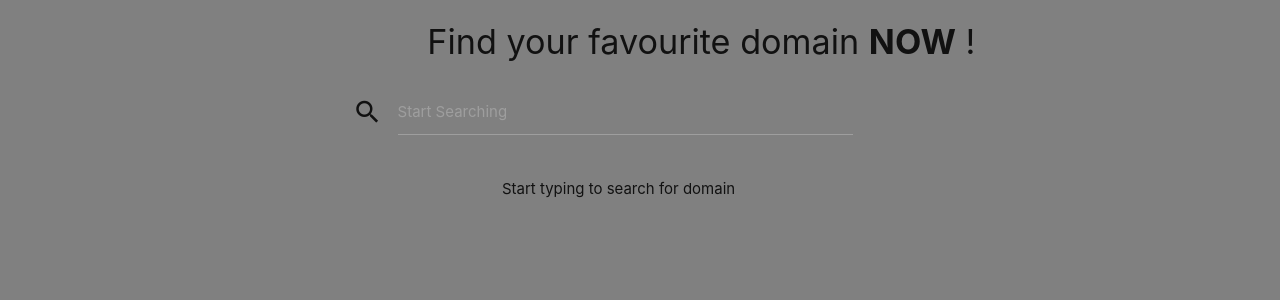
Repository: habib-urrehmaan/domain-name-searcher
Page: / (app in client/)
These files come from the project's save history. The page is drawn as it stood at one moment and after the next save; the edit follows.
The browser window is 1280 px wide. The pictures show the whole page.
The project was rebuilt for these pictures with package versions that can differ from the ones it lists, and the page was loaded fresh each time. Also part of the build but not shown: client/src/Suggested.js, client/src/Suggested.css.

Above is the page before, as saved 2020-04-17 21:58:49.

### client/public/index.html
<!DOCTYPE html>
<html lang="en">
  <head>
    <meta charset="utf-8" />
    <link rel="icon" href="%PUBLIC_URL%/favicon.ico" />
    <meta name="viewport" content="width=device-width, initial-scale=1" />
    <meta name="theme-color" content="#000000" />
    <meta
      name="description"
      content="Web site created using create-react-app"
    />
    <link rel="apple-touch-icon" href="%PUBLIC_URL%/logo192.png" />
    <!--
      manifest.json provides metadata used when your web app is installed on a
      user's mobile device or desktop. See https://developers.google.com/web/fundamentals/web-app-manifest/
    -->
    <link rel="manifest" href="%PUBLIC_URL%/manifest.json" />
    <!--
      Notice the use of %PUBLIC_URL% in the tags above.
      It will be replaced with the URL of the `public` folder during the build.
      Only files inside the `public` folder can be referenced from the HTML.

      Unlike "/favicon.ico" or "favicon.ico", "%PUBLIC_URL%/favicon.ico" will
      work correctly both with client-side routing and a non-root public URL.
      Learn how to configure a non-root public URL by running `npm run build`.
    -->
    <link rel="stylesheet" href="https://cdnjs.cloudflare.com/ajax/libs/materialize/1.0.0/css/materialize.min.css">
    <link href="https://fonts.googleapis.com/icon?family=Material+Icons" rel="stylesheet">
     <!-- Compiled and minified JavaScript -->
     <script src="https://cdnjs.cloudflare.com/ajax/libs/materialize/1.0.0/js/materialize.min.js"></script>
    <title>React App</title>
  </head>
  <body>
    <noscript>You need to enable JavaScript to run this app.</noscript>
    <div id="root"></div>
    <!--
      This HTML file is a template.
      If you open it directly in the browser, you will see an empty page.

      You can add webfonts, meta tags, or analytics to this file.
      The build step will place the bundled scripts into the <body> tag.

      To begin the development, run `npm start` or `yarn start`.
      To create a production bundle, use `npm run build` or `yarn build`.
    -->
  </body>
</html>

### client/src/index.js
import React from 'react';
import ReactDOM from 'react-dom';
import './index.css';
import App from './App';

ReactDOM.render(
  <React.StrictMode>
    <App />
  </React.StrictMode>,
  document.getElementById('root')
);

// If you want your app to work offline and load faster, you can change
// unregister() to register() below. Note this comes with some pitfalls.
// Learn more about service workers: https://bit.ly/CRA-PWA
// serviceWorker.unregister();

### client/src/index.css
body {
  margin: 0;
  font-family: -apple-system, BlinkMacSystemFont, 'Segoe UI', 'Roboto', 'Oxygen',
    'Ubuntu', 'Cantarell', 'Fira Sans', 'Droid Sans', 'Helvetica Neue',
    sans-serif;
  -webkit-font-smoothing: antialiased;
  -moz-osx-font-smoothing: grayscale;
  background-color: gray
}

code {
  font-family: source-code-pro, Menlo, Monaco, Consolas, 'Courier New',
    monospace;
}

### client/src/App.js
import React from 'react';
import Search from './Search';
import Output from './Output';

class App extends React.Component {

  constructor(props)
  {
    super(props);
    this.state ={
      output:null
    }
  }


  setAppOutput = (outputData) =>
  {
    console.log("setting output value")

    this.setState({
      output:outputData
    })
  }

  render()
  {
    return (
      <>
      <div className="App container">
        <Search setOutput={this.setAppOutput}/>
        <Output data={this.state.output}/>
      </div>
      </>
    );
  }
}

export default App;

### client/src/Search.js
import React, { Component } from 'react'
import axios from 'axios'

class Search extends Component {

    constructor(props)
    {
        super(props);
        console.log(props)
    }

    onChangeHandler = (e) =>
    {
        axios({
            'method': 'GET',
            'url': `/domain/search?domain=${e.target.value}`,
            'ContentType':'application/json'
        }).then((response)=>{

            var obj = JSON.parse(response.data.data);
            this.props.setOutput(obj);
        }).catch(error=>{
            console.log(error);
        });
    }

    render() {
        return (
            <div>
                <div className="row">
                    <div className="col offset-s3">
                        <h4>Find your favourite domain <b>NOW</b> !</h4>
                    </div>
                    <div className="input-field col s7 offset-s2">
                        <i className="material-icons prefix">search</i>
                        <input id="search" type="text" className="validate" onChange={this.onChangeHandler}/>
                        <label htmlFor="search">Start Searching</label>
                    </div>
                </div>
            </div>
        )
    }
}

export default Search;

### client/src/Output.js
import React from 'react'
import Suggested from './Suggested';
import './Suggested.css';

export default function Output(props) {

    let {data} = props;

    return (
        <div className="row">
        {(data)?(<div className="col offset-s4">{
            (data.available)?(<div><span className="success">Congratulations! This domain is available</span><br/><span className="col offset-s4"><b>For:</b>{" "+data.currency+" "+data.price}</span></div>):
            (data.code)?(<div className="error">{data.message}</div>):(<div><Suggested domain={data.domain}/></div>)}</div>)
            :(<div className="col offset-s4">Start typing to search for domain</div>)}
        </div>
    )
}

After the next save:
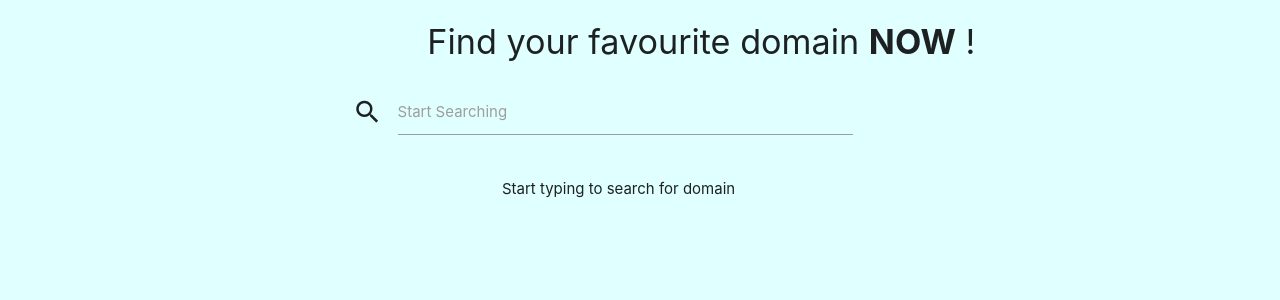
Saved 23 s later.
--- a/client/src/index.css
+++ b/client/src/index.css
@@ -5,7 +5,7 @@ body {
     sans-serif;
   -webkit-font-smoothing: antialiased;
   -moz-osx-font-smoothing: grayscale;
-  background-color: gray
+  background-color: lightcyan
 }
 
 code {
